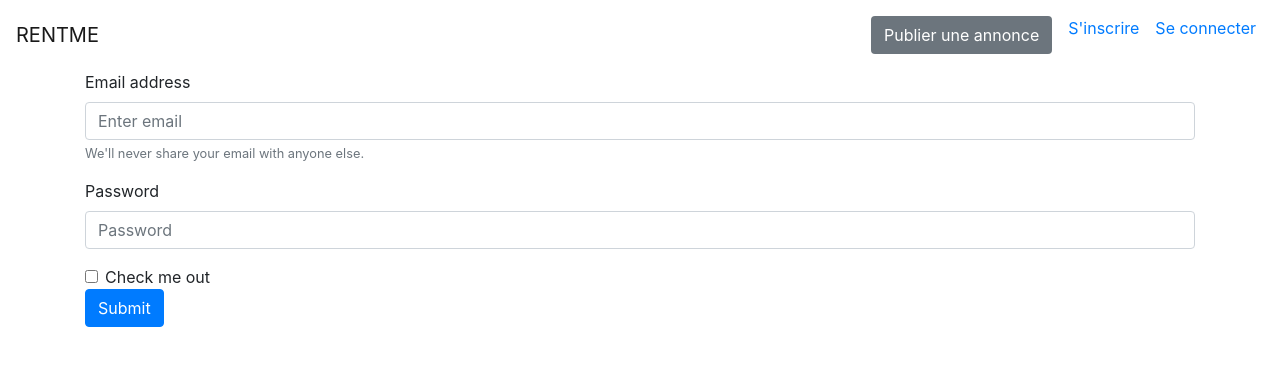
Repository: johan1412/rentme-front
Page: /login
An editor plug-in stored every save of this project. The page is shown before and after a run of saves, followed by the edit.
The browser window is 1280 px wide. The pictures show the whole page.
The project was rebuilt for these pictures with package versions that can differ from the ones it lists, and the page was loaded fresh each time. Also part of the build but not shown: vue.config.js, src/components/auth/Register.vue, src/components/Home.vue.

Above is the page before, as saved 2021-12-14 19:11:15.

### src/main.js
import Vue from "vue";
import App from "./App.vue";
import VueRouter from 'vue-router'
import Login from './components/auth/Login.vue'
import Register from './components/auth/Register.vue'

import HomePage from './components/Home.vue'
import { BootstrapVue, IconsPlugin } from 'bootstrap-vue'

// Import Bootstrap an BootstrapVue CSS files (order is important)
import 'bootstrap/dist/css/bootstrap.css'
import 'bootstrap-vue/dist/bootstrap-vue.css'

// Make BootstrapVue available throughout your project
Vue.use(BootstrapVue)
// Optionally install the BootstrapVue icon components plugin
Vue.use(IconsPlugin)

Vue.config.productionTip = false;

Vue.use(VueRouter)


const routes = [
  { path: '/', component: HomePage },
  { path: '/login', component: Login },
  { path: '/register', component: Register },
]

const router = new VueRouter({
  routes,
  history : true,
  mode : 'history'
})


new Vue({
  render: (h) => h(App),
  router
}).$mount("#app");

### src/App.vue
<template>
  <router-view />
</template>
<script>
export default {
  name: "App"
};
</script>

<style>

</style>

### src/components/auth/Login.vue
<template>
<div>
<nav-bar />
<div class="container m-auto">
  <form>
      <div class="form-group">
        <label for="exampleInputEmail1">Email address</label>
        <input type="email" class="form-control" id="exampleInputEmail1" aria-describedby="emailHelp" placeholder="Enter email">
        <small id="emailHelp" class="form-text text-muted">We'll never share your email with anyone else.</small>
      </div>
      <div class="form-group">
        <label for="exampleInputPassword1">Password</label>
        <input type="password" class="form-control" id="exampleInputPassword1" placeholder="Password">
      </div>
      <div class="form-check">
        <input type="checkbox" class="form-check-input" id="exampleCheck1">
        <label class="form-check-label" for="exampleCheck1">Check me out</label>
      </div>
      <button type="submit" class="btn btn-primary">Submit</button>
  </form>
</div>
  </div>
</template>

<script>
import NavBar from '../layouts/NavBar.vue';
export default {
  name: "Login",
  components: {
    NavBar,
  },

};
</script>

### src/components/layouts/NavBar.vue
<template>
<div>
  <b-navbar toggleable="lg" type="light" variant="white">
    <b-navbar-brand href="#" class="m">RENTME</b-navbar-brand>
    <b-collapse id="nav-collapse" is-nav>
      <b-navbar-nav class="ml-auto">
        <b-nav-item><router-link class="btn bg-secondary text-white" to="register">Publier une annonce</router-link></b-nav-item>
        <b-nav-item><router-link to="register">S'inscrire</router-link></b-nav-item>
        <b-nav-item><router-link to="login">Se connecter</router-link></b-nav-item>
      </b-navbar-nav>
    </b-collapse>
  </b-navbar>
</div>
</template>
<script>

export default {
  name: "NavBar"
};
</script>

Loaded but not shown: public/index.html (common file)

After the next 2 saves:
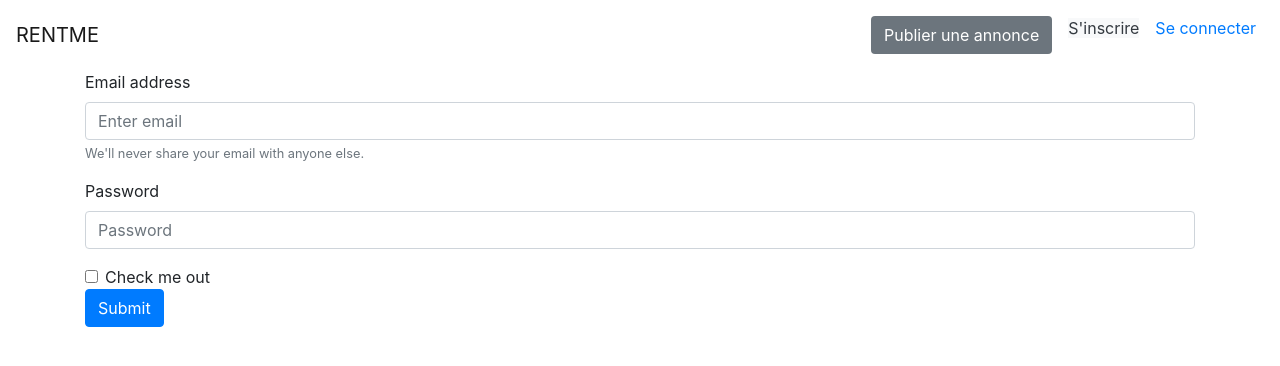
The 2 saves are shown as one change because they came seconds apart.
The last was saved 50 s later.
--- a/src/components/layouts/NavBar.vue
+++ b/src/components/layouts/NavBar.vue
@@ -5,7 +5,7 @@
     <b-collapse id="nav-collapse" is-nav>
       <b-navbar-nav class="ml-auto">
         <b-nav-item><router-link class="btn bg-secondary text-white" to="register">Publier une annonce</router-link></b-nav-item>
-        <b-nav-item><router-link to="register">S'inscrire</router-link></b-nav-item>
+        <b-nav-item><router-link class="bg-light text-dark" to="register">S'inscrire</router-link></b-nav-item>
         <b-nav-item><router-link to="login">Se connecter</router-link></b-nav-item>
       </b-navbar-nav>
     </b-collapse>
